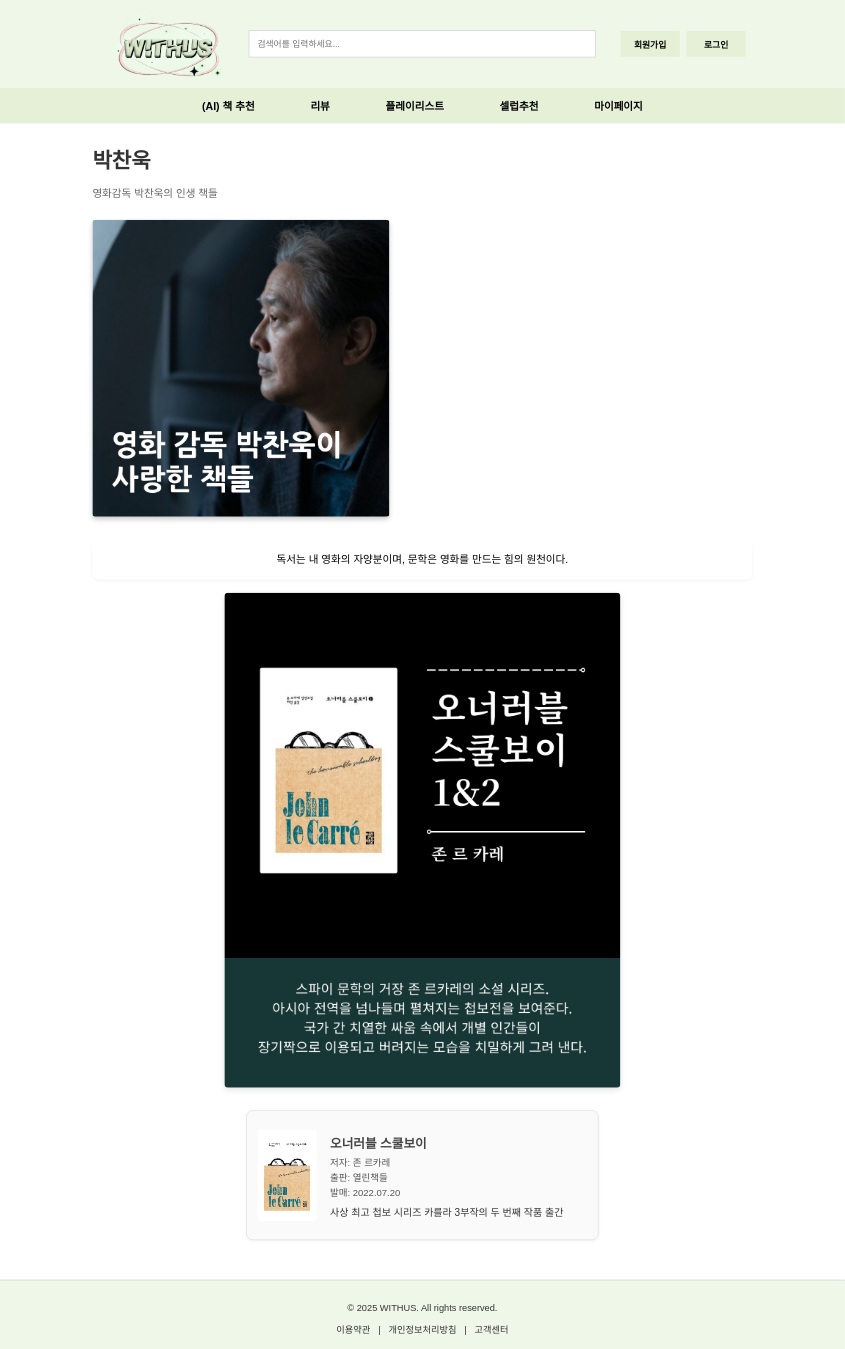
Repository: book-recommendation-team/book_recommendation_web_project
Page: http://localhost/2025_teamproject/celebDetail
An editor plug-in stored every save of this project. The page is shown before and after a run of saves, followed by the edit.
The browser window is 1280 px wide. The pictures show the whole page, at 66% of full size.
The page is served by Tomcat 9. Other server files are loaded and not shown.

Above is the page before, as saved 2025-07-03 03:01:05.

### 2025_teamproject/src/main/webapp/celebDetail.jsp
<%@page import="java.util.*"%>
<%@ page language="java" contentType="text/html; charset=UTF-8"
	pageEncoding="UTF-8"%>
<%@ taglib uri="http://java.sun.com/jsp/jstl/core" prefix="c"%>

<%
    request.setAttribute("celebName", "박찬욱");
    request.setAttribute("celebDescription", "영화감독 박찬욱의 인생 책들");
    request.setAttribute("thumbnail", request.getContextPath() + "/img/박찬욱.jpg");

    List<Map<String, String>> blocks = new ArrayList<>();

    Map<String, String> block1 = new HashMap<>();
    block1.put("type", "text");
    block1.put("value", "독서는 내 영화의 자양분이며, 문학은 영화를 만드는 힘의 원천이다.");
    blocks.add(block1);

    Map<String, String> block2 = new HashMap<>();
    block2.put("type", "image");
    block2.put("value", "/img/오너러블스쿨보이.png");
    blocks.add(block2);

    Map<String, String> block3 = new HashMap<>();
    block3.put("type", "book");
    block3.put("title", "오너러블 스쿨보이");
    block3.put("author", "존 르카레");
    block3.put("publisher", "열린책들");
    block3.put("pubDate", "2022.07.20");
    block3.put("image", "/img/오너러블 스쿨보이.jpg");
    block3.put("link", "https://product.kyobobook.co.kr/detail/S000061448966");
    block3.put("desc", "사상 최고 첩보 시리즈 카를라 3부작의 두 번째 작품 출간");
    blocks.add(block3);

    request.setAttribute("contentBlocks", blocks);
%>

<!DOCTYPE html>
<html>
<head>
<meta charset="UTF-8">
<title>셀럽 추천 상세</title>
<link rel="stylesheet"
	href="https://cdnjs.cloudflare.com/ajax/libs/font-awesome/6.5.0/css/all.min.css" />
<link rel="stylesheet" href="./css/celebList.css" />
<%@ include file="css/main_css.jsp"%>
<link rel="icon" href="img/icon2.png" type="image/x-icon">
<style>
body {
	font-family: 'Arial', sans-serif;
	margin: 0;
	padding: 0;
	background-color: #fff;
}

.container {
	max-width: 1000px;
	margin: 30px auto;
	padding: 0 16px;
}

h1 {
	font-size: 2rem;
	margin-bottom: 10px;
	color: #333;
}

.desc {
	font-size: 1rem;
	color: #666;
}

.thumbnail-container {
	text-align: left;
	margin: 30px 0;
}

.thumbnail-container img {
	width: 450px;
	height: auto;
	border-radius: 5px;
	box-shadow: 0 4px 8px rgba(0, 0, 0, 0.2);
}

.content-blocks {
	margin-top: 30px;
}

.text-block {
	background-color: #fff;
	border-radius: 10px;
	padding: 18px;
	margin-bottom: 20px;
	font-size: 1rem;
	line-height: 1.6;
	box-shadow: 0 2px 6px rgba(0, 0, 0, 0.05);
	text-align: center; /* 텍스트 가운데 정렬 */
	max-width: 1000px; /* 카드의 너비 제한 */
}

.img-block {
	text-align: center; /* 블록 안에서 가운데 정렬 */
	margin: 20px 0;
}

.img-block img {
	max-width: 600px;
	width: 100%;
	height: auto;
	border-radius: 6px;
	box-shadow: 0 4px 10px rgba(0, 0, 0, 0.1);
}

.book-card {
	max-width: 500px;
	margin: 30px auto; /* ← 가운데 정렬을 위해 auto 추가! */
	display: flex;
	gap: 20px;
	align-items: center;
	border: 1px solid #ddd;
	padding: 16px;
	border-radius: 10px;
	cursor: pointer;
	transition: box-shadow 0.2s ease;
	background-color: #fafafa;
	box-shadow: 0 2px 6px rgba(0, 0, 0, 0.05);
}


.book-card:hover {
	box-shadow: 0 4px 12px rgba(0, 0, 0, 0.15);
}

.book-card img {
	width: 90px;
	height: auto;
	border-radius: 6px;
}

.book-info {
	flex-grow: 1;
}

.book-title {
	font-size: 1.2rem;
	font-weight: bold;
	margin-bottom: 4px;
}

.book-meta {
	font-size: 0.9rem;
	color: #555;
	margin: 2px 0;
}

.book-desc {
	margin-top: 8px;
	font-size: 0.95rem;
	color: #333;
}
</style>
</head>
<body>
	<header>
		<div id="logo">
			<a href="main.jsp"> <img src="img/logo.png" alt="로고">
			</a>
		</div>

		<div class="search-group">
			<input type="text" id="search-box" placeholder="검색어를 입력하세요..." />
			<button id="search-btn">검색</button>
		</div>
		<div id="user-buttons">
			<button id="join-btn" onclick="location.href='join.jsp'">회원가입</button>
			<button id="login-btn" onclick="location.href='Login.jsp'">로그인</button>
		</div>
	</header>

	<nav>
		<a href="#">(AI) 책 추천</a> <a
			href="${pageContext.request.contextPath}/reviewList">리뷰</a> <a
			href="#">플레이리스트</a> <a
			href="${pageContext.request.contextPath}/celebList">셀럽추천</a> <a
			href="#">마이페이지</a>
	</nav>

	<div class="container">
		<h1>${celebName}</h1>
		<p class="desc">${celebDescription}</p>

		<div class="thumbnail-container">
			<img src="${thumbnail}" alt="셀럽 썸네일">
		</div>

		<div class="content-blocks">
			<c:forEach var="block" items="${contentBlocks}">
				<c:choose>
					<c:when test="${block.type == 'text'}">
						<div class="text-block">${block.value}</div>
					</c:when>
					<c:when test="${block.type == 'image'}">
						<div class="img-block">
							<img src="${pageContext.request.contextPath}${block.value}"
								alt="내용 이미지" />
						</div>
					</c:when>
					<c:when test="${block.type == 'book'}">
						<div class="book-card"
							onclick="window.open('${block.link}', '_blank')">
							<img src="${pageContext.request.contextPath}${block.image}"
								alt="${block.title}" />
							<div class="book-info">
								<div class="book-title">${block.title}</div>
								<p class="book-meta">저자: ${block.author}</p>
								<p class="book-meta">출판: ${block.publisher}</p>
								<p class="book-meta">발매: ${block.pubDate}</p>
								<p class="book-desc">${block.desc}</p>
							</div>
						</div>
					</c:when>
				</c:choose>
			</c:forEach>
		</div>
	</div>

	<footer>
		<div class="footer-container">
			<p>&copy; 2025 WITHUS. All rights reserved.</p>
			<div class="footer-links">
				<a href="#">이용약관</a> | <a href="#">개인정보처리방침</a> | <a href="#">고객센터</a>
			</div>
		</div>
	</footer>
</body>
</html>

### 2025_teamproject/src/main/webapp/css/main_css.jsp
<%@ page language="java" contentType="text/html; charset=UTF-8"
    pageEncoding="UTF-8"%>
<!DOCTYPE html>
<style>
  /* 기본 스타일 (기존 유지) */
body {
    font-family: 'Arial', sans-serif;
    margin: 0;
    padding: 0;
    background-color: #fff;
}

header {
    display: flex;
    justify-content: space-between;
    align-items: center;
    background-color: #eff7e8;
    padding: 0px;
}

#logo img {
    width: 200px;
    height: auto;
    margin-left: 150px;
}

#logo a img {
    cursor: pointer;
}

#search-box {
    padding: 12px;
    width: 500px;
    border: 1px solid #ccc;
    position: absolute;
    left: 50%;
    transform: translateX(-50%);
}

.search-group {
    position: absolute;
    left: 50%;
    transform: translateX(-50%);
    display: flex;
    align-items: center;
}

#search-btn {
    background-color: #e6f0d7;
    border: none;
    padding: 10px 16px;
    margin-left: 8px;
    font-weight: bold;
    cursor: pointer;
    border-radius: 4px;
}

#search-btn:hover {
    background-color: #cce0b8;
}

#logout-btn,
#user-buttons button {
    background-color: #e6f0d7;
    border: none;
    padding: 10px 16px;
    cursor: pointer;
    width: 90px;
    font-weight: bold;
}

nav {
    background-color: #e6f0d7;
    text-align: center;
    padding: 15px 0;
}

nav a {
    text-decoration: none;
    margin: 0 40px;
    color: #000;
    font-weight: bold;
}

nav a:hover {
    text-decoration: underline;
}

#user-buttons {
    display: flex;
    gap: 10px;
    margin-right: 150px;
}

.banner {
    position: relative;
    width: 100%;
    height: 650px;
    overflow: hidden;
    background-color: #ffe04d;
}

.banner img {
    position: absolute;
    top: 0;
    left: 0;
    width: 100%;
    height: 100%;
    object-fit: cover;
    object-position: center center;
    opacity: 0.8;
    z-index: 1;
}

.banner-controls {
    position: absolute;
    bottom: 10px;
    right: 10px;
    z-index: 3;
    display: flex;
    gap: 6px;
}

.banner-controls button {
    background-color: rgba(255, 193, 7, 0.9);
    border: none;
    padding: 6px 8px;
    font-size: 14px;
    border-radius: 5px;
    cursor: pointer;
    color: #000;
    transition: background-color 0.3s ease;
}

.banner-controls button:hover {
    background-color: rgba(255, 160, 0, 0.95);
}

.section-title {
    background-color: #e6f0d7;
    display: flex;
    justify-content: center;
    flex-wrap: wrap;
    gap: 34px;
    padding: 18px 0;
     width: 100%;        /* ✅ 추가 */
    margin: 8px 0;      /* ✅ 가운데 정렬 제거 */
}

.section-title a {
    text-decoration: none;
    margin: 0 20px;
    color: #000;
    font-weight: bold;
}

.section-title a:hover {
    text-decoration: underline;
}

.main_list {
    padding: 20px;
    text-align: center;
}

.tag-list {
    display: flex;
    justify-content: center;
    flex-wrap: wrap;
    gap: 12px;
    margin: 20px 0;
}

.tag-button {
    background-color: #e6f0d7; /* 기본 연그린 */
    border: 1px solid transparent;
    padding: 8px 16px;
    border-radius: 20px;
    font-size: 14px;
    color: #446b3c; /* 그린 계열 텍스트 */
    cursor: pointer;
    font-weight: 600;
    transition: background-color 0.3s, color 0.3s, border 0.3s;
    outline: none;
}

.tag-button:hover {
    background-color: #d0e6c5;             /* hover 시 약간 더 진한 그린 */
    color: #2e4f25;
}

.tag-button.active {
    background-color: #c0dab0;             /* 클릭됐을 때 조금 더 강조 */
    border: 1px solid #8cb78a;             /* 테두리도 자연스러운 초록 */
    color: #2e4f25;                        /* 글자도 어울리는 진한 그린 */
}

.tag-button:focus {
    outline: none;
    box-shadow: none;
}

/* 책 슬라이더 스타일 */
.book-carousel {
    position: relative;
    max-width: 1000px;
    margin: 0 auto 40px auto;
    overflow: hidden;
}

.carousel-window {
    width: 1000px;
    overflow: hidden;
    margin: 0 auto;
}

.carousel-track {
    display: flex;
    transition: transform 0.5s ease;
}

/* 이전/다음 버튼 - 위치 고정, 색상 조정 */
.carousel-btn {
    position: absolute;
    top: 50%;
    transform: translateY(-50%);
    font-size: 26px;
    background-color: #f3f8ef;
    border: none;
    color: #444;
    cursor: pointer;
    padding: 8px 12px;
    border-radius: 50%;
    z-index: 2;
    display: flex;
    align-items: center;
    justify-content: center;
    transition: background-color 0.3s, color 0.3s;
    user-select: none;
}

.carousel-btn:hover {
    background-color: #c8dfb5;
    color: #000;
}

.carousel-btn.prev {
    left: 10px;
}

.carousel-btn.next {
    right: 10px;
}

.book-item {
    flex: 0 0 25%;
    text-align: center;
    padding: 10px;
    box-sizing: border-box;
}

.book-item img {
    width: 180px;
    height: 260px;
    object-fit: cover;
    border-radius: 6px;
}

.book-info {
    margin-top: 8px;
}

.book-title {
    font-size: 14px;
    font-weight: bold;
    margin-top: 10px;
    color: #444;
}

.book-author {
    font-size: 12px;
    color: #666;
}

footer {
    background-color: #eff7e8;
    color: #333;
    padding: 20px 0;
    text-align: center;
    font-size: 14px;
    border-top: 1px solid #ccc;
    margin-top: 60px;
}

.footer-container {
    max-width: 1000px;
    margin: 0 auto;
}

.footer-links a {
    color: #333;
    text-decoration: none;
    margin: 0 8px;
}

.footer-links a:hover {
    text-decoration: underline;
}

 /* 이전/다음 버튼 스타일 */
#carousel-prev-btn, #carousel-next-btn {
    font-size: 18px;
    padding: 5px 12px;
    margin: 10px 5px 20px 5px;
    cursor: pointer;
    border: 1px solid #446b3c;
    background: white;
    color: #446b3c;
    border-radius: 4px;
}
#carousel-prev-btn:hover, #carousel-next-btn:hover {
    background-color: #446b3c;
    color: white;
}
</style>

### 2025_teamproject/src/main/java/servlet/celebDetailServlet.java
package servlet;

import java.io.IOException;
import java.util.ArrayList;

import javax.servlet.RequestDispatcher;
import javax.servlet.ServletException;
import javax.servlet.annotation.WebServlet;
import javax.servlet.http.HttpServlet;
import javax.servlet.http.HttpServletRequest;
import javax.servlet.http.HttpServletResponse;

import dto.CelebRecommendations;

@WebServlet("/celebDetail")
public class celebDetailServlet extends HttpServlet {
	protected void doGet(HttpServletRequest request, HttpServletResponse response) throws ServletException, IOException {
        ArrayList<CelebRecommendations> celebDetail = new ArrayList<>();

        celebDetail.add(new CelebRecommendations(1, "박찬욱", "영화감독 박찬욱이 추천한 책 모음", request.getContextPath() + "/img/박찬욱.jpg", null));

        request.setAttribute("celebDetail", celebDetail);

        RequestDispatcher dispatcher = request.getRequestDispatcher("/celebDetail.jsp");
        dispatcher.forward(request, response);
	}
}

### 2025_teamproject/src/main/java/dto/CelebRecommendations.java
package dto;

import java.util.Date;

public class CelebRecommendations {
	private int celeb_rec_id;
	private String celeb_name;
	private String celeb_description;
	private String celeb_image_url;
	private Date recommend_date;

	public int getCeleb_rec_id() {
		return celeb_rec_id;
	}
	public void setCeleb_rec_id(int celeb_rec_id) {
		this.celeb_rec_id = celeb_rec_id;
	}
	public String getCeleb_name() {
		return celeb_name;
	}
	public void setCeleb_name(String celeb_name) {
		this.celeb_name = celeb_name;
	}
	public String getCeleb_description() {
		return celeb_description;
	}
	public void setCeleb_description(String celeb_description) {
		this.celeb_description = celeb_description;
	}
	public String getCeleb_image_url() {
		return celeb_image_url;
	}
	public void setCeleb_image_url(String celeb_image_url) {
		this.celeb_image_url = celeb_image_url;
	}
	public Date getRecommend_date() {
		return recommend_date;
	}
	public void setRecommend_date(Date recommend_date) {
		this.recommend_date = recommend_date;
	}
	public CelebRecommendations(int celeb_rec_id, String celeb_name, String celeb_description, String celeb_image_url,
			Date recommend_date) {
		super();
		this.celeb_rec_id = celeb_rec_id;
		this.celeb_name = celeb_name;
		this.celeb_description = celeb_description;
		this.celeb_image_url = celeb_image_url;
		this.recommend_date = recommend_date;
	}
	public CelebRecommendations() {
		super();
	}

	@Override
	public String toString() {
		return "CelebRecommendations [celeb_rec_id=" + celeb_rec_id + ", celeb_name=" + celeb_name
				+ ", celeb_description=" + celeb_description + ", celeb_image_url=" + celeb_image_url
				+ ", recommend_date=" + recommend_date + "]";
	}


}

### 2025_teamproject/src/main/webapp/css/celebList.css
@charset "UTF-8";

body {
	font-family: 'Arial', sans-serif;
	margin: 0;
	padding : 0;
	background-color: #fff;
	padding: 0;
}

.container {
	max-width: 1200px;
	margin: 30px auto;
}

.grid {
	display: grid;
	grid-template-columns: repeat(auto-fill, minmax(220px, 1fr));
	gap: 30px;
}

.card {
	margin-top: 20px;
	position: relative;
	background-color: #fff;
	border-radius: 5px;
	overflow: hidden;
	box-shadow: 0 4px 10px rgba(0, 0, 0, 0.08);
	transition: transform 0.2s ease;
	text-decoration: none;
	color: #000;
}

.card:hover {
	transform: translateY(-2px);
}

.card img {
	width: 100%;
	height: 260px;
	object-fit: cover;
}

.card-content {
	padding: 12px 14px;
}

.card-title {
	font-size: 1rem;
	font-weight: bold;
	margin-bottom: 5px;
}

.card-desc {
	font-size: 0.875rem;
	color: #555;
	line-height: 1.4;
	height: 2.6em;
	overflow: hidden;
	text-overflow: ellipsis;
}

/* 북마크 아이콘 */
.bookmark-icon {
	position: absolute;
	top: 12px;
	right: 12px;
	font-size: 1.2rem;
	color: rgba(255, 255, 255, 0.5);
	padding: 6px;
	border-radius: 50%;
	transition: color 0.2s ease;
}

.bookmark-icon:hover {
	color: #fff;
}

#topBtn {
	position: fixed;
	bottom: 40px;
	right: 40px;
	z-index: 9999;
	background-color: white;
	color: gray;
	border: none;
	border-radius: 50%;
	padding: 16px 18px;
	cursor: pointer;
	box-shadow: 0 8px 8px rgba(0,0,0,0.4);
	font-size: 1.5rem;
}

After the next 2 saves:
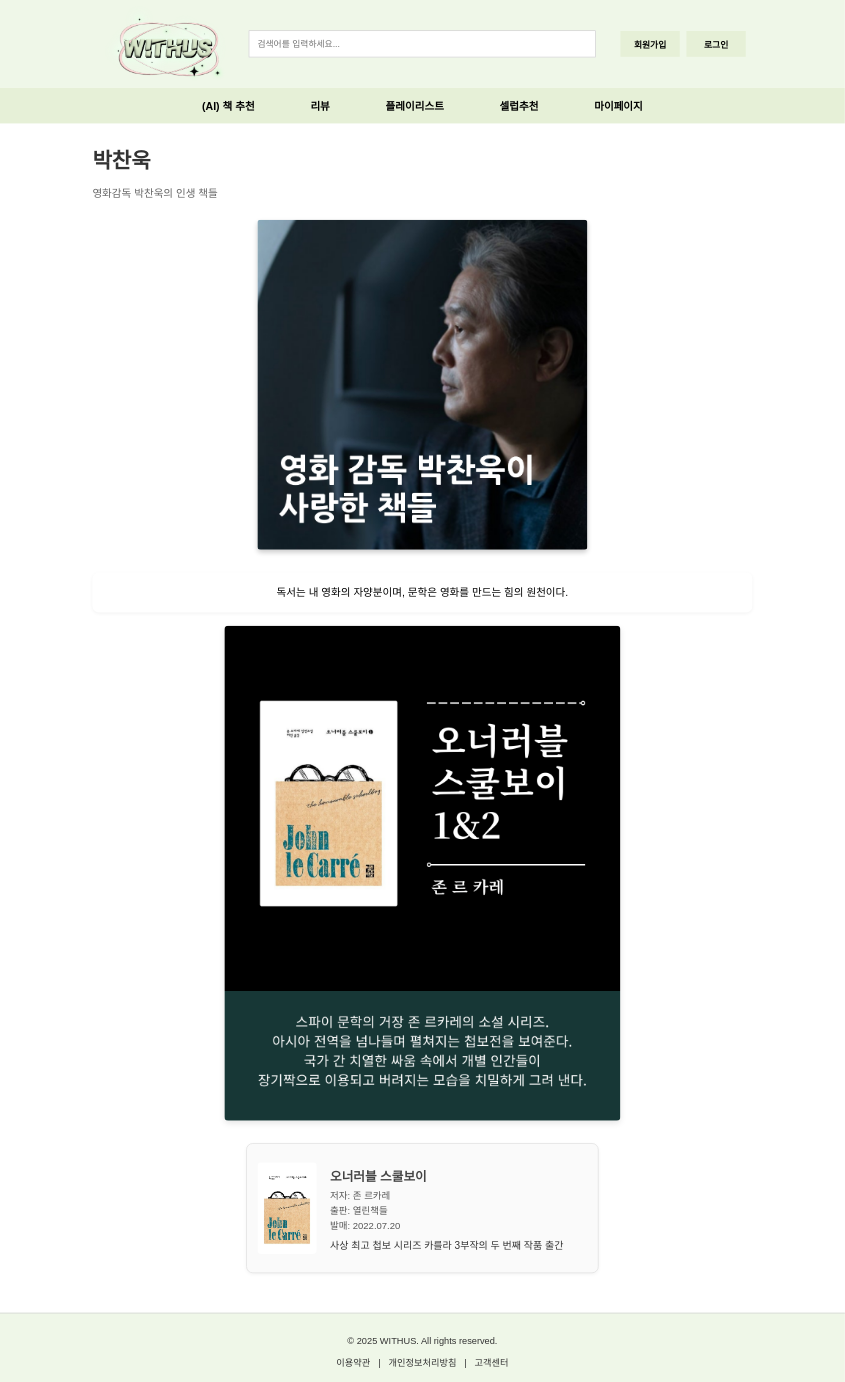
The 2 saves are shown as one change because they came seconds apart.
The last was saved 106 s later.
--- a/2025_teamproject/src/main/webapp/celebDetail.jsp
+++ b/2025_teamproject/src/main/webapp/celebDetail.jsp
@@ -70,12 +70,12 @@
 }
 
 .thumbnail-container {
-	text-align: left;
+	text-align: center;
 	margin: 30px 0;
 }
 
 .thumbnail-container img {
-	width: 450px;
+	width: 500px;
 	height: auto;
 	border-radius: 5px;
 	box-shadow: 0 4px 8px rgba(0, 0, 0, 0.2);
